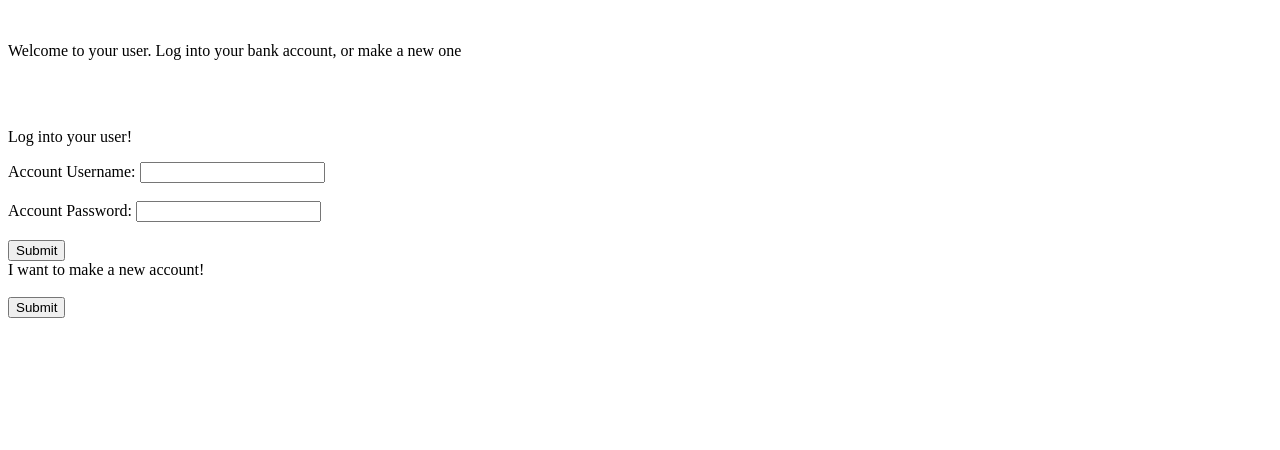
Repository: hcm4990/BankingApplicationRestAPI
Page: gs-serving-web-content-complete/src/main/resources/static/user.html
An editor plug-in stored every save of this project. The page is shown before and after a run of saves, followed by the edit.
The browser window is 1280 px wide. The pictures show the whole page.

Above is the page before, as saved 2020-04-06 15:30:15.

After the next 2 saves:
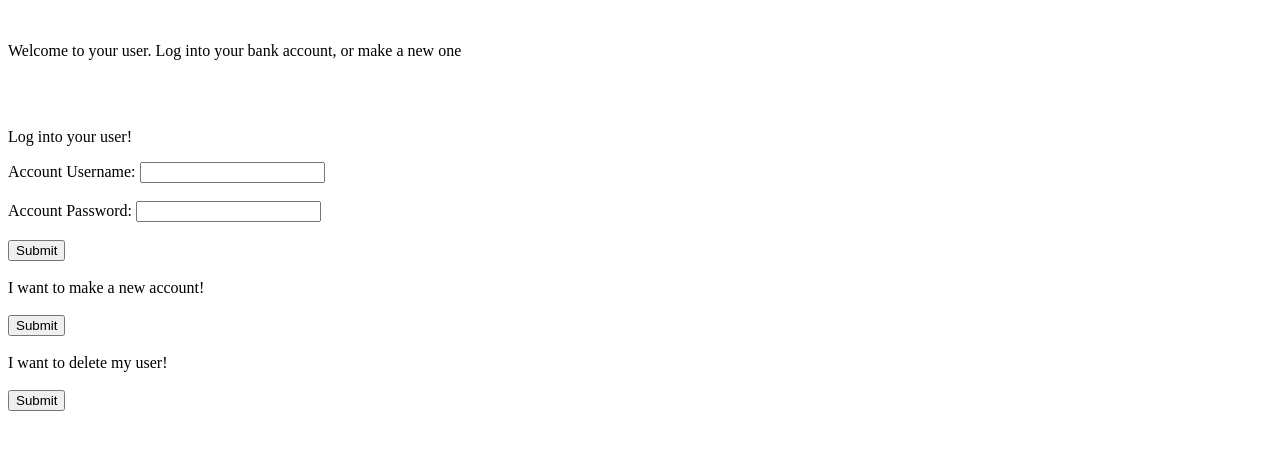
The 2 saves are shown as one change because they came seconds apart.
The last was saved 60 s later.
--- a/gs-serving-web-content-complete/src/main/resources/static/user.html
+++ b/gs-serving-web-content-complete/src/main/resources/static/user.html
@@ -16,9 +16,13 @@
 		<label for="pass_word">Account Password:</label> <input type="text" id="pass_word"
 			name="pass_word"><br>
 		<br> <input type="submit" value="Submit">
-	</form>
+	</form> <br>
 	<form action="/newAccount">
 		<label for="pass_word">I want to make a new account!</label><br>
+		<br> <input type="submit" value="Submit">
+	</form> <br>
+	<form action="/deleteUser">
+		<label for="pass_word">I want to delete my user!</label><br>
 		<br> <input type="submit" value="Submit">
 	</form>
 </body>
